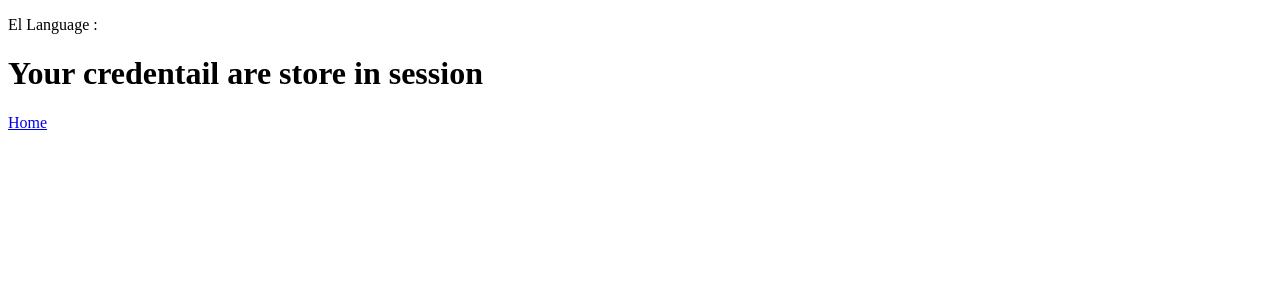
Repository: ZawMinKhantOrLeon/JavaEEWS
Page: http://localhost/jsp_servlet/session-data.jsp
The author's editor kept a copy of each file at every save. The page is drawn from the files as they stood at one save, then again after the next save.
The browser window is 1280 px wide. The pictures show the whole page.
The page is served by Tomcat 10. Other server files are loaded and not shown.

Above is the page before, as saved 2024-02-15 10:42:33.

### jsp_servlet/src/main/webapp/session-data.jsp
<%@ page language="java" contentType="text/html; charset=ISO-8859-1"
    pageEncoding="ISO-8859-1"%>
<!DOCTYPE html>
<html>
<head>
<meta charset="ISO-8859-1">
<title>Session Data </title>
</head>
<body>
	<p>El Language  : ${ sessionScope.name }</p>

	<%
		String username= request.getParameter("name");
		String password = request.getParameter("password");
		session.setAttribute("name", username+":"+password);
		session.setMaxInactiveInterval(60);

		out.print("<h1>Your credentail are store in session</h1>");
		out.print("<a href='session-home.jsp'> Home </a>");

	%>
</body>
</html>

After the next save:
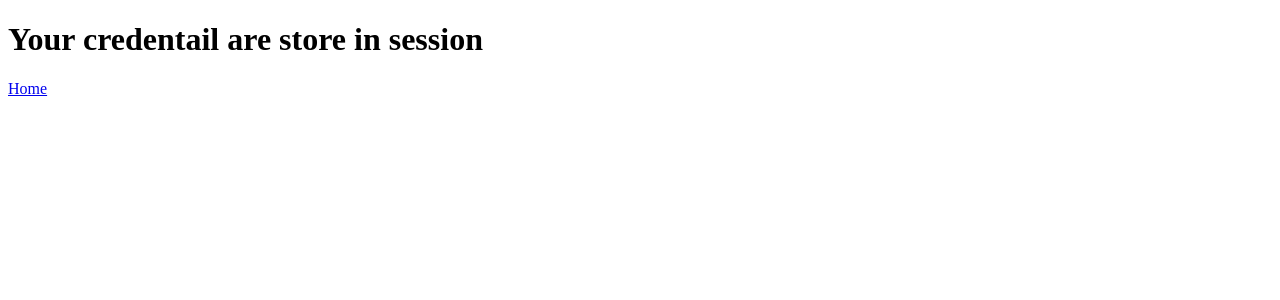
Saved 38 s later.
--- a/jsp_servlet/src/main/webapp/session-data.jsp
+++ b/jsp_servlet/src/main/webapp/session-data.jsp
@@ -7,7 +7,7 @@
 <title>Session Data </title>
 </head>
 <body>
-	<p>El Language  : ${ sessionScope.name }</p>
+
 
 	<%
 		String username= request.getParameter("name");
